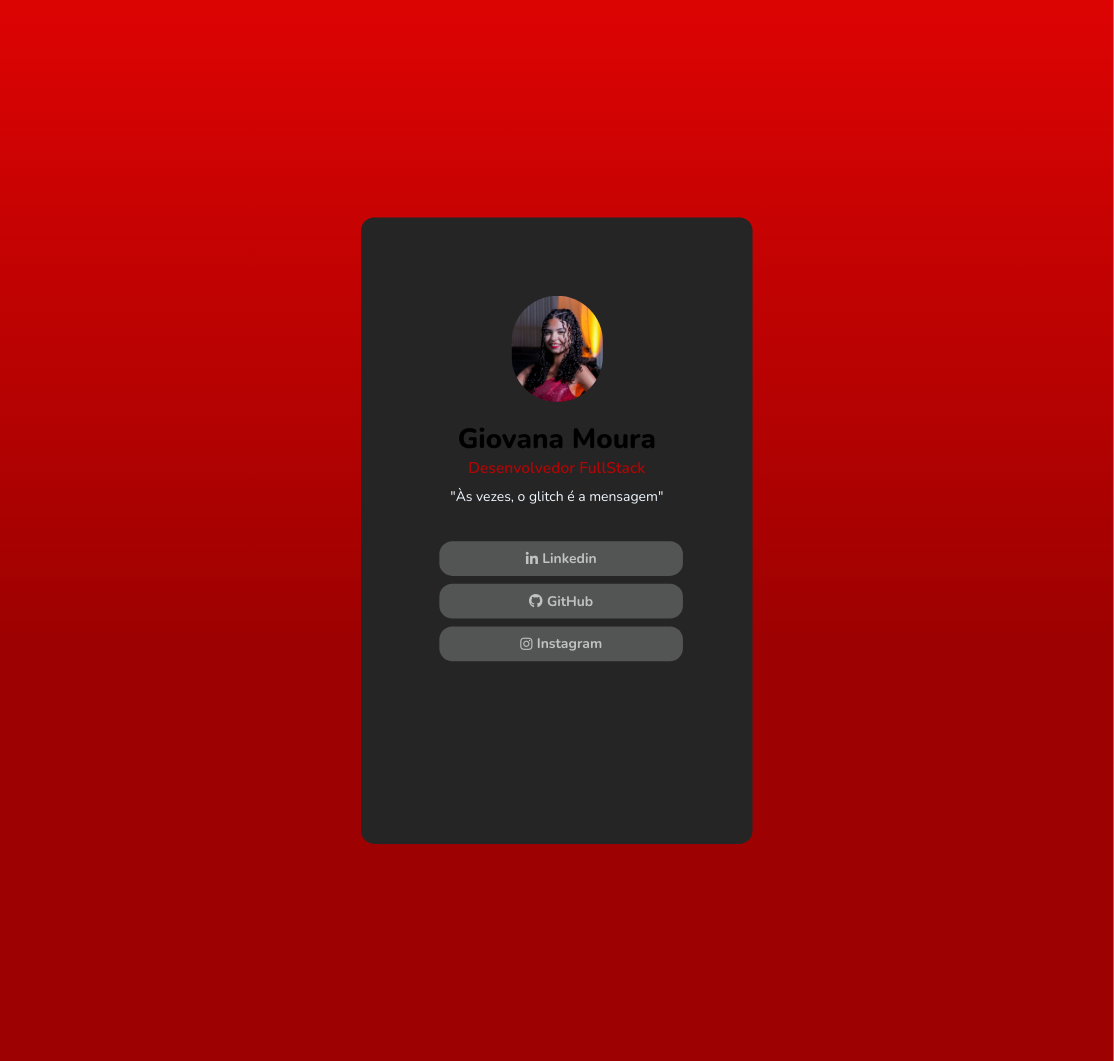
Repository: gimoli/linktree-giovana
Page: index.html
An editor plug-in stored every save of this project. The page is shown before and after a run of saves, followed by the edit.
The browser window is 1280 px wide. The pictures show the whole page, at 87% of full size.

Above is the page before, as saved 2025-04-14 19:57:16.

### index.html
<!DOCTYPE html>
<html lang="en">
<head>
    <meta charset="UTF-8">
    <meta name="viewport" content="width=device-width, initial-scale=1.0">
    <title>linktree Giovana</title>
    <link rel="stylesheet" href="./css/style.css">
    <link rel="preconnect" href="https://fonts.googleapis.com">
<link rel="preconnect" href="https://fonts.gstatic.com" crossorigin>
<link href="https://fonts.googleapis.com/css2?family=Nunito:ital,wght@0,200..1000;1,200..1000&display=swap" rel="stylesheet">
<link href="https://cdnjs.cloudflare.com/ajax/libs/font-awesome/6.5.0/css/all.min.css" rel="stylesheet">


</head>
<body>
    <div class="container-main">
        <div class="container-imagem">
            <img src="./image-profile.jfif" alt="foto perfil"/>
        </div>
        <div class="container-infos">
            <h1>Giovana Moura</h1>
            <h3>Desenvolvedor FullStack</h3>
        </div>
        <div class="container-easter-egg">
            <p>"Às vezes, o glitch é a mensagem"</p>
        </div>
        <div class="container-social">
            <ul>
                <a href="https://www.linkedin.com/in/giovana-moura-3543032bb/" target="_blank" class="botao-linktree-1">
                     <li>

                        <i class="fa-brands fa-linkedin-in"></i>

                         <p>Linkedin</p>
                    </li>
                </a>

                <a href="https://github.com/gimoli" target="_blank" class="botao-linktree-2">
                     <li>
                        <i class="fa-brands fa-github"></i>
                        <p>GitHub</p>
                    </li>
                </a>
                <a href="https://www.instagram.com/gimoli_n?igsh=cTNvNDJ0M3owb3Vs&utm_source=qr" target="_blank" class="botao-linktree-3">
                     <li>
                        <i class="fa-brands fa-instagram"></i>
                        <p>Instagram</p>
                    </li>
                </a>
            </ul>
        </div>
    </div>
</body>
</html>

### CSS/style.css
@import url("./effects.css");

*{
    font-family: "Nunito", sans-serif;
    margin: 0;
    padding: 0;
}

body {
    background-color: #833AB4;
    background: linear-gradient(0deg, rgb(158, 1, 1) 40%, rgb(221, 3, 3) 100%);
    animation: gradientShift 10s ease infinite;
    background-size: 400%;
}


.container-main {
    background-color: rgb(37, 37, 37);
    width: 450px;
    height: 720px;
    box-sizing: border-box;
    margin: 250px auto;
    padding: 90px;
    border-radius: 15px;
    text-align: center;
}

.container-imagem img{
    width: 105px;
    border-radius: 100px;
}

.container-infos {
    margin-top: 15px;
    margin-bottom: 10px;
}

.container-infos h1 {
    font-weight: 800;
}

.container-infos h3{
    color: #af0606;
    font-weight: 600;
    font-size: 18px;
}

.container-easter-egg {
    margin-bottom: 15px;
    color: aliceblue;
}

.container-social ul{
    list-style-type: none;
}

.container-social a{
    text-decoration: none;
    color: rgb(194, 194, 194);
}

.container-social{
  margin-top: 40px;
}

.container-social li {
  display: flex;
  justify-content: center;
  gap: 5px;
  align-items: center;
  width: 280px;
  height: 40px;
  background-color: rgb(83, 85, 85);
  margin: 9px 0;
  border-radius: 15px;
  font-weight: 700;
  transition-duration: 0.6s;

  &:hover{
    background-color: #c90c0c;
    transform: scale(1.1);
  }
}

### CSS/effects.css
@keyframes gradient {
    0% {background-position: 0% 50%;}
    50% {background-position: 100% 50%;}
    100% {background-position: 0% 50%;}
}

After the next 2 saves:
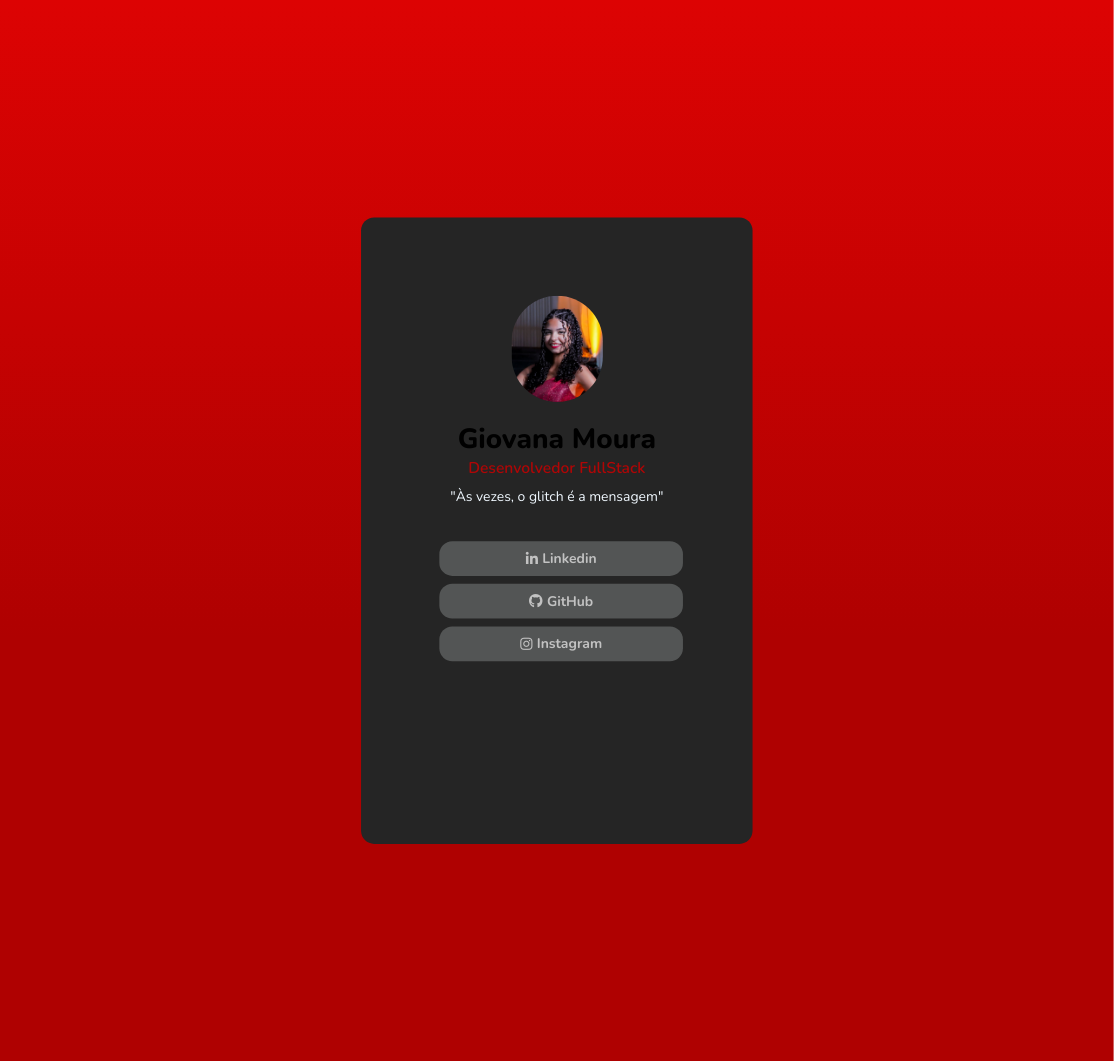
The 2 saves are shown as one change because they came seconds apart.
The last was saved 7 s later.
--- a/CSS/style.css
+++ b/CSS/style.css
@@ -8,7 +8,7 @@
 
 body {
     background-color: #833AB4;
-    background: linear-gradient(0deg, rgb(158, 1, 1) 40%, rgb(221, 3, 3) 100%);
+    background: linear-gradient(0deg, rgb(175, 1, 1) 40%, rgb(221, 3, 3) 100%);
     animation: gradientShift 10s ease infinite;
     background-size: 400%;
 }
